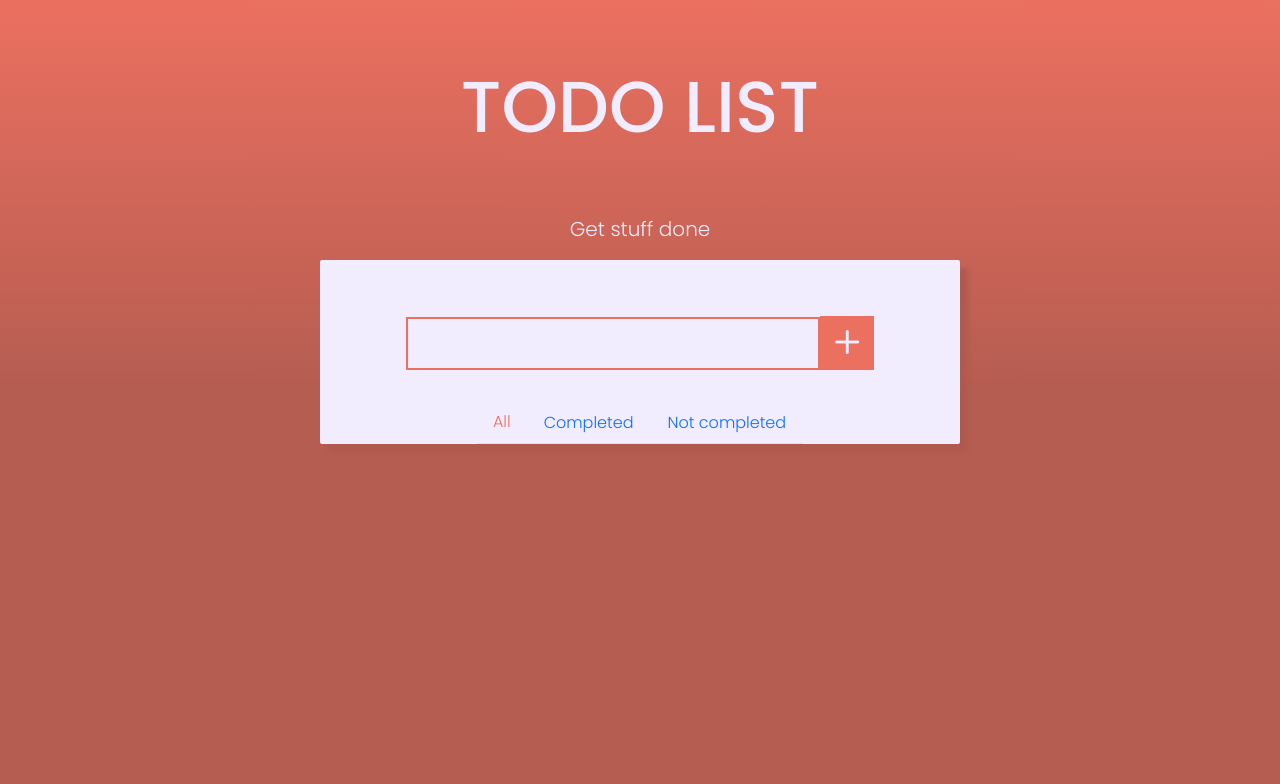
Repository: zum281/todo-list
Page: index.html
The author's editor kept a copy of each file at every save. The page is drawn from the files as they stood at one save, then again after the next save.
The browser window is 1280 px wide. The pictures show the whole page.
Some web fonts or font styles are not loaded; a fallback is used. Some web libraries are served in a nearby version. The style sheet was rebuilt from its Sass, Less or Tailwind sources for each picture, by a compiler version that may differ from the author's.

Above is the page before, as saved 2021-03-07 14:39:13.

### index.html
<!DOCTYPE html>
<html lang="en">

    <head>
        <meta charset="UTF-8">
        <meta http-equiv="X-UA-Compatible" content="IE=edge">
        <meta name="viewport" content="width=device-width, initial-scale=1.0">

        <!-- Bootstrap CSS -->
        <link href="https://cdn.jsdelivr.net/npm/bootstrap@5.0.0-beta2/dist/css/bootstrap.min.css" rel="stylesheet"
            integrity="sha384-BmbxuPwQa2lc/FVzBcNJ7UAyJxM6wuqIj61tLrc4wSX0szH/Ev+nYRRuWlolflfl" crossorigin="anonymous">
        <!-- Option 1: Bootstrap Bundle with Popper -->
        <script src="https://cdn.jsdelivr.net/npm/bootstrap@5.0.0-beta2/dist/js/bootstrap.bundle.min.js"
            integrity="sha384-b5kHyXgcpbZJO/tY9Ul7kGkf1S0CWuKcCD38l8YkeH8z8QjE0GmW1gYU5S9FOnJ0" crossorigin="anonymous">
        </script>
        <link rel="stylesheet" href="https://cdn.jsdelivr.net/npm/bootstrap-icons@1.4.0/font/bootstrap-icons.css">
        <!--Jquery-->
        <script src="https://code.jquery.com/jquery-3.6.0.min.js"
            integrity="sha256-/xUj+3OJU5yExlq6GSYGSHk7tPXikynS7ogEvDej/m4=" crossorigin="anonymous"></script>

        <link rel="stylesheet" href="css/main.css">
        <title>Todo List</title>
    </head>

    <body>
        <h1 class="title">TODO LIST</h1>
        <p class="lead">Get stuff done</p>
        <div class="container main">
            <div class="add-todo-box">
                <input type="text" name="add-todo" id="add-todo">
                <div class="icon" id="add-todo-btn"><i class="bi bi-plus"></i></div>
            </div>
            <div class="todo-list-container">
                <ul class="todo-list"></ul>
            </div>
            <div class="tabs">
                <ul class="nav nav-tabs">
                    <li class="nav-item">
                        <span class="nav-link active" id="show-all">All</span>
                    </li>
                    <li class="nav-item">
                        <span class="nav-link" id="show-completed">Completed</span>
                    </li>
                    <li class="nav-item">
                        <span class="nav-link" id="show-not-completed">Not completed</span>
                    </li>
                </ul>
            </div>
        </div>
        <script src="js/main.js"></script>
    </body>

</html>

### js/main.js
const add_todo_btn = $("#add-todo-btn");
const add_todo_input = $("#add-todo");
const todo_list_container = $(".todo-list-container");
const todo_list = $(".todo-list");
let todos = [];
let completed_todos = [];
$(document).ready(function () {
    $("#show-all").trigger("click");
    add_todo_btn.click(() => {
        let new_todo = add_todo_input.val();
        if (new_todo != "") {
            todos.push(new_todo);

            todo_list_container.show();
            todo_list.append(`
            <li class="todo-item" data-status="not-completed"><span class="todo-text">${new_todo}</span>
                <div class="icons">
                    <div class="icon done"><i class="bi bi-check"></i></div>
                    <div class="icon remove"><i class="bi bi-x"></i></div>
                </div>
            </li>
            `);

            add_todo_input.val("");
        } else {
            alert("puzzi");
        }
    });

    $("#show-all").click(function () {
        $("#show-all").addClass("active");
        $("#show-completed").removeClass("active");
        $("#show-not-completed").removeClass("active");
        todo_list.children().each(function () {
            $(this).show();
        });
    });
    $("#show-completed").click(function () {
        $("#show-all").removeClass("active");
        $("#show-completed").addClass("active");
        $("#show-not-completed").removeClass("active");
        todo_list.children().each(function () {
            if ($(this).attr("data-status") == "completed") $(this).show();
            else $(this).hide();
        });
    });

    $("#show-not-completed").click(function () {
        $("#show-all").removeClass("active");
        $("#show-completed").removeClass("active");
        $("#show-not-completed").addClass("active");
        todo_list.children().each(function () {
            if ($(this).attr("data-status") == "not-completed") $(this).show();
            else $(this).hide();
        });
    });

    $(document).on("click", ".done", function () {
        let todo_el = $(this).parents(".todo-item");
        let todo = todo_el.find(".todo-text");
        todo_el.attr("data-status", "completed");
        console.log(todo_el.attr("data-status"));
        let text = todo.html();
        todo.html(text.strike());
        let pos = todos.indexOf(todo);
        let removedItem = todos.splice(pos, 1); // this is how to remove an item
        completed_todos.push(removedItem);

        if ($("#show-not-completed").hasClass("active")) {
            $("#show-not-completed").trigger("click");
        }
    });
    $(document).on("click", ".remove", function () {
        let removedItem;
        let todo_el = $(this).parents(".todo-item");
        let todo = todo_el.find(".todo-text").html();

        if (todos.includes(todo)) {
            let pos = todos.indexOf(todo);
            removedItem = todos.splice(pos, 1); // this is how to remove an item
        } else {
            let pos = completed_todos.indexOf(todo);
            removedItem = completed_todos.splice(pos, 1); // this is how to remove an item
        }
        todo_el.remove();
    });
});

$(document).keyup(function (e) {
    if (e.key == "Enter") {
        add_todo_btn.trigger("click");
    }
});

### sass/main.scss
@import url("https://fonts.googleapis.com/css2?family=Poppins:wght@300;400;500;600;700&display=swap");
@import url("https://fonts.googleapis.com/css2?family=Chelsea+Market&display=swap");
@import "_variables";
* {
    margin: 0;
    padding: 0;
    box-sizing: border-box;
}

body {
    min-height: 100vh;
    font-weight: 300;
    font-family: "Poppins";
    //background-color: $primary-orange;
    background: linear-gradient(
        180deg,
        rgba(235, 112, 96, 1) 0%,
        rgba(181, 93, 81, 1) 50%
    );
    color: $text-main;
}

.title {
    // font-family: "Chelsea Market";
    text-align: center;
    font-size: 54pt;
    color: $not-quite-white;
    margin: 4rem auto;
}
p {
    text-align: center;
    color: $not-quite-white;
}

.main {
    min-width: 300px;
    display: flex;
    flex-direction: column;
    align-items: center;
    justify-content: space-between;
    margin-top: 1rem;
    padding: 2.5rem 1.5rem;
    padding-bottom: 0;
    max-width: 50%;
    border-radius: 2px;
    background-color: $not-quite-white;
    box-shadow: 8px 8px 4px #b05a4f;
    .add-todo-box {
        width: 100%;
        display: flex;
        align-items: center;
        justify-content: center;

        input {
            background: transparent;
            width: 70%;
            border: none;
            border: 2px solid $primary-orange;
            line-height: 1;
            padding: 0.5rem;
            font-size: 16px;
            color: #333333;
            &:focus {
                outline: none;
            }
        }
        .icon {
            background-color: $primary-orange;
            display: grid;
            place-items: center;
            width: 45px;
            height: 45px;
            color: $not-quite-white;
            cursor: pointer;

            i {
                font-size: 45px;
                line-height: 1;
            }
        }
    }
    .todo-list-container {
        display: none;
        padding: 1rem;
        width: 100%;

        ul {
            padding-left: 0.5rem;

            .todo-item {
                display: flex;
                align-items: center;
                justify-content: space-between;
                font-size: 18px;
                .icons {
                    display: flex;
                    .icon {
                        display: grid;
                        place-items: center;
                        width: 28px;
                        height: 28px;
                        i {
                            font-size: 24px;
                            line-height: 1;
                        }
                    }
                }
            }
        }
    }

    .tabs {
        margin-top: 2rem;
        margin-bottom: 0;
        .nav-link {
            cursor: pointer;
            transition: none !important;
            background: transparent;
        }
        .nav-link.active {
            color: $primary-orange;
            border: none;
        }
        .nav-link:hover {
            border: none;
            color: $primary-orange;
        }
    }
}

.done:hover {
    color: #298920;
}

.remove:hover {
    color: #ea1a0c;
}

@media screen and (min-width: 767px) {
    .main {
        min-width: 600px;
        padding: 3.5rem 1.5rem;
        padding-bottom: 0;

        .add-todo-box {
            input {
                font-size: 22px;
            }
            .icon {
                width: 54px;
                height: 54px;

                i {
                    font-size: 48px;
                }
            }
        }
        .todo-list-container {
            padding: 2.5rem;

            ul {
                padding-left: 1rem;
            }
        }
    }
}

### sass/_variables.scss
$primary-orange: #eb7060;
$dark-orange: #b55d51;
$text-main: #383837;
$text-light: #525151;
$not-quite-white: #f1edff;

After the next save:
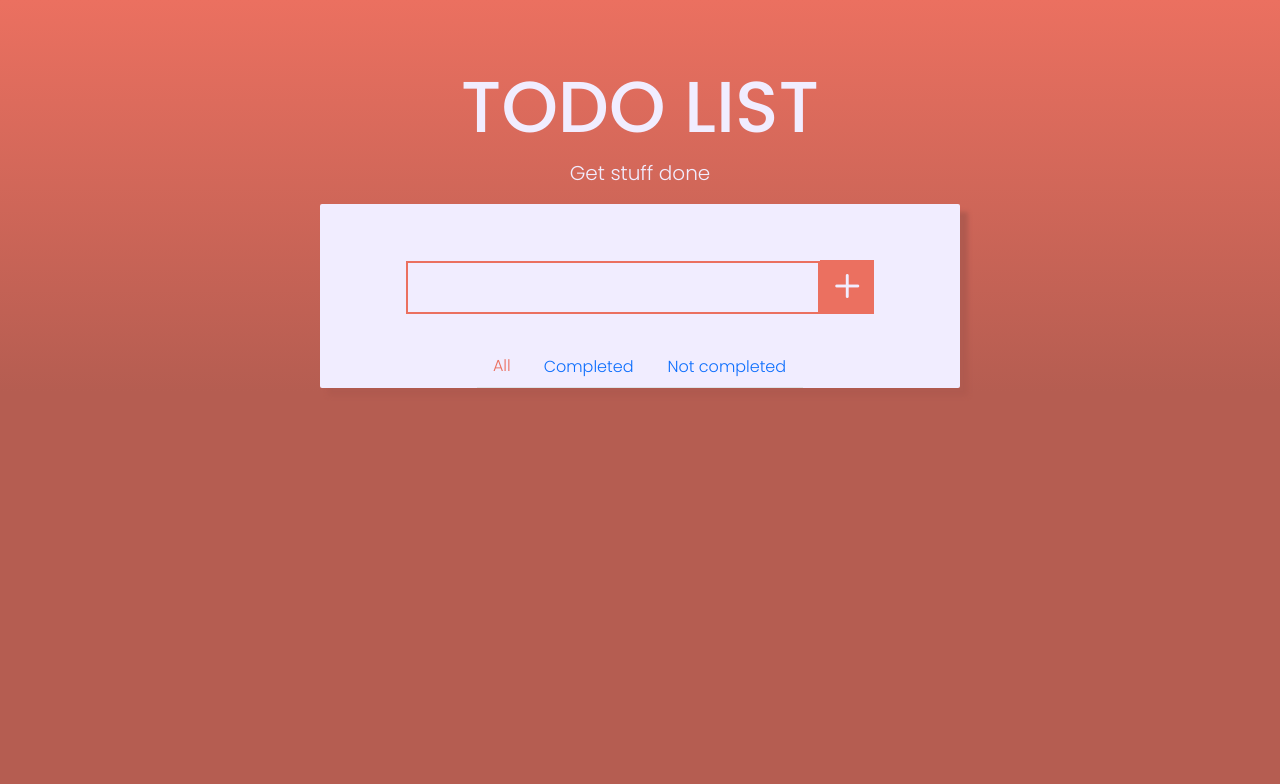
Saved 29 s later.
--- a/sass/main.scss
+++ b/sass/main.scss
@@ -25,7 +25,8 @@ body {
     text-align: center;
     font-size: 54pt;
     color: $not-quite-white;
-    margin: 4rem auto;
+    margin-top: 4rem;
+    margin-bottom: 0.5rem;
 }
 p {
     text-align: center;
